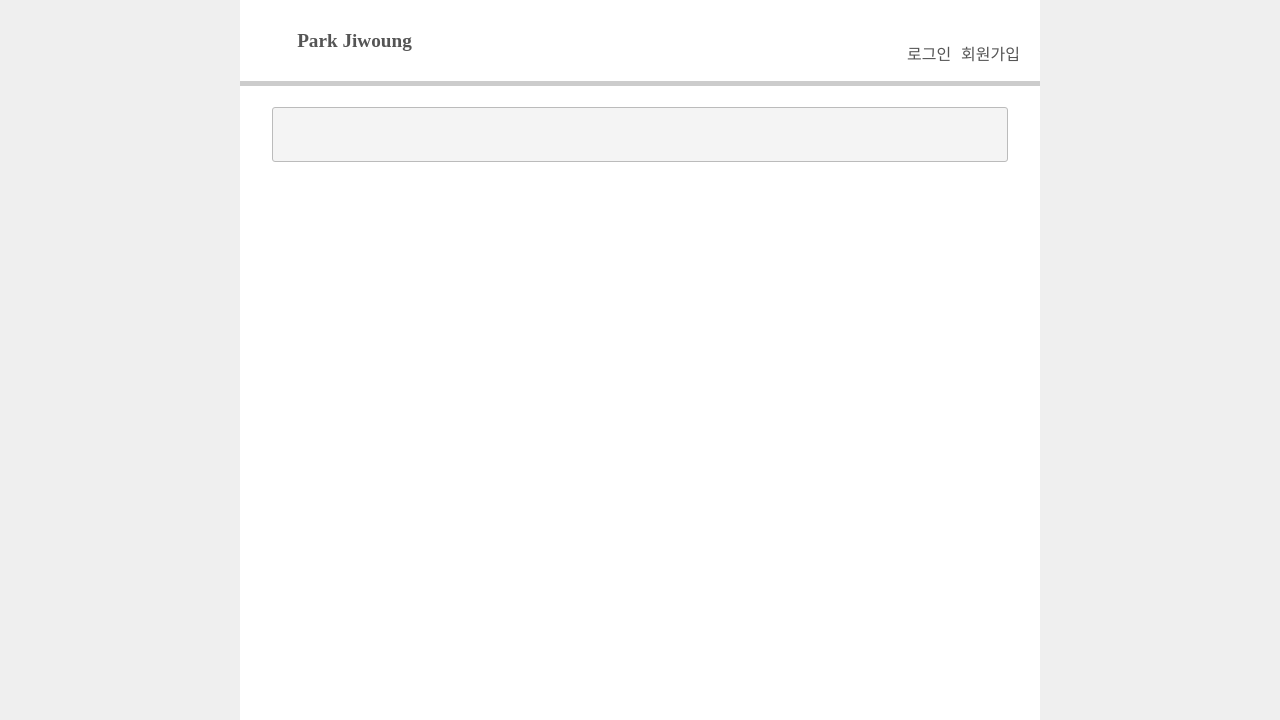
Repository: park-jiwoong/webClass
Page: http://localhost/jspPro/days01/ex01.jsp
The author's editor kept a copy of each file at every save. The page is drawn from the files as they stood at one save, then again after the next save.
The browser window is 1280 px wide. The pictures show the whole page.
Some web fonts or font styles are not loaded; a fallback is used. The page is served by Tomcat 9.

Above is the page before, as saved 2025-05-21 01:32:15.

After the next save:
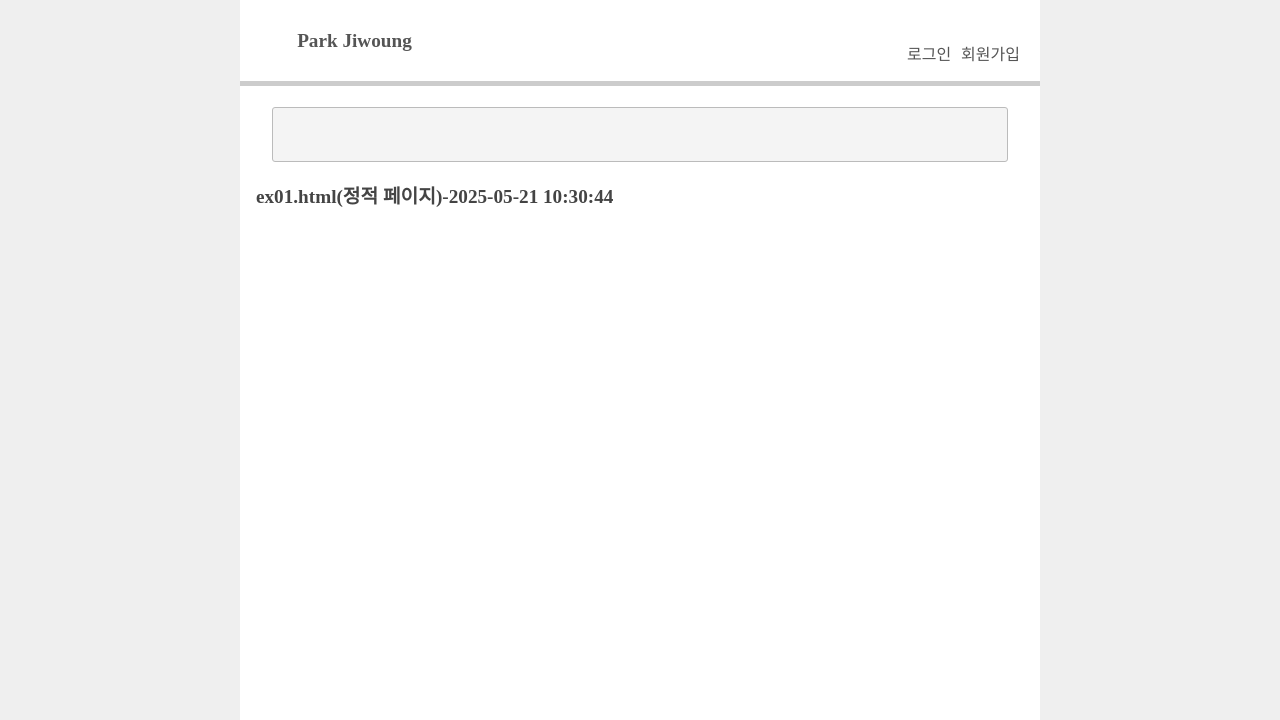
Saved 43 s later.
--- a/JSPClass/jspPro/src/main/webapp/days01/ex01.jsp
+++ b/JSPClass/jspPro/src/main/webapp/days01/ex01.jsp
@@ -26,5 +26,6 @@
 <div>
     <xmp class="code">
     </xmp>
+    <h3>ex01.html(정적 페이지)-2025-05-21 10:30:44</h3>
 </div>
 </html>
